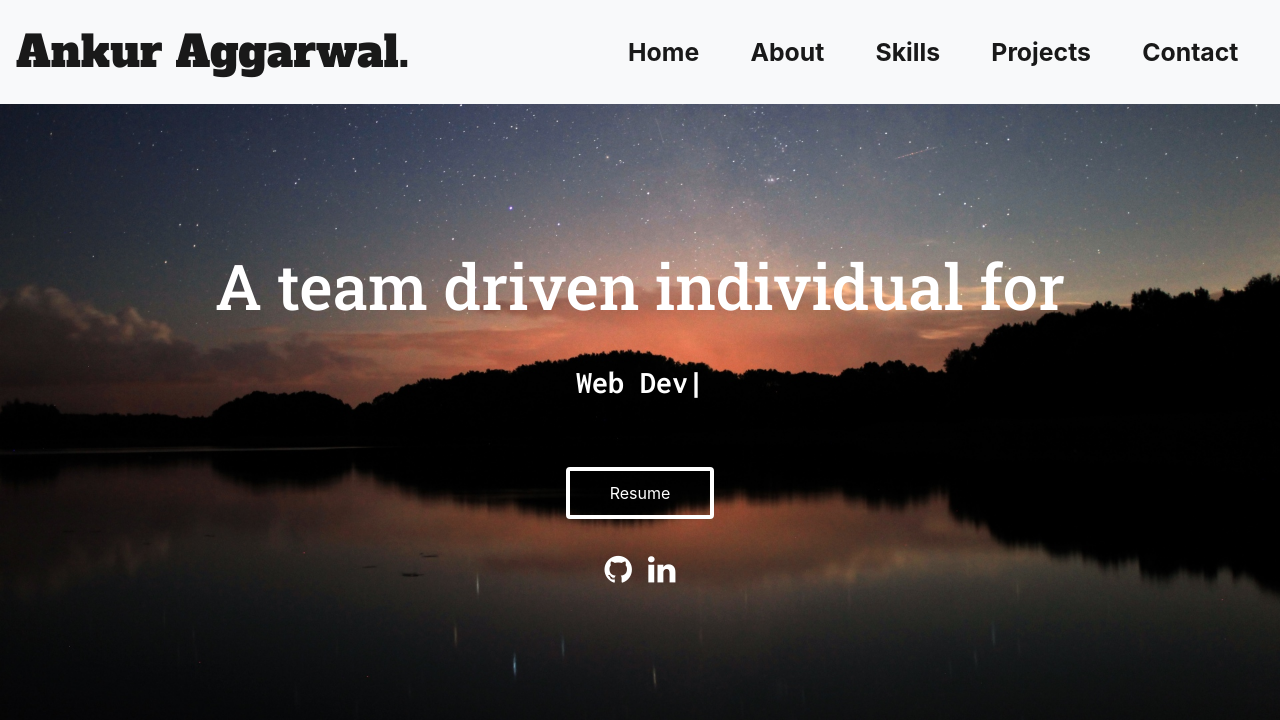
Repository: AnkurDevv/PersonalWebsite
Page: index.html
The author's editor kept a copy of each file at every save. The page is drawn from the files as they stood at one save, then again after the next save.
The browser window is 1280 px wide. The pictures show the whole page.

Above is the page before, as saved 2020-09-13 16:09:55.

### index.html
<!DOCTYPE html>
<html>

<head>
  <meta charset="utf-8">
  <meta http-equiv="X-UA-Compatible" content="IE=edge">
  <title>Ankur Aggarwal</title>
  <meta name="description" content="">
  <meta name="viewport" content="width=device-width, initial-scale=1">
  <!-- FONT AWESOME FOR SOCIAL MEDIA ICONS -->
  <link rel="stylesheet" href="https://cdnjs.cloudflare.com/ajax/libs/font-awesome/4.7.0/css/font-awesome.min.css">
  <!-- Importing Bootstrap here -->
  <link rel="stylesheet" href="https://stackpath.bootstrapcdn.com/bootstrap/4.4.1/css/bootstrap.min.css"
    integrity="sha384-Vkoo8x4CGsO3+Hhxv8T/Q5PaXtkKtu6ug5TOeNV6gBiFeWPGFN9MuhOf23Q9Ifjh" crossorigin="anonymous">
  <!--CUSTOM CSS FOR THE PAGE  -->
  <link rel="stylesheet" href="./style/index.css">
  <!-- FOR COOL ANIMATION EFFECTS -->
  <link rel="stylesheet" href="./style/animate.css">
  <!-- FOR COOL TYPING EFFECTS -->
  <script src="https://cdn.jsdelivr.net/npm/typed.js@2.0.11"></script>
  <!-- FOR GOOGLE FONTS - START -->
  <!-- for main heading -->
  <link
    href="https://fonts.googleapis.com/css2?family=Merienda:wght@700&family=Pacifico&family=Roboto&family=Roboto+Slab:wght@500&display=swap"
    rel="stylesheet">
  <!-- For Sub heading -->
  <link
    href="https://fonts.googleapis.com/css2?family=Inconsolata:wght@700&family=Merienda:wght@700&family=Pacifico&family=Roboto&family=Roboto+Slab:wght@500&display=swap"
    rel="stylesheet">
  <!-- For Navbar Logo -->
  <link href="https://fonts.googleapis.com/css2?family=Alfa+Slab+One&display=swap" rel="stylesheet">
  <!-- FOR GOOGLE FONTS - END -->
</head>

<body>
  <header>
    <nav class="navbar navbar-expand-lg navbar-light bg-light">
      <a class="navbar-brand" id="Brand-logo">Ankur Aggarwal.</a>
      <button class="navbar-toggler" type="button" data-toggle="collapse" data-target="#navbarNav"
        aria-controls="navbarNav" aria-expanded="false" aria-label="Toggle navigation">
        <span class="navbar-toggler-icon"></span>
      </button>
      <div class="collapse navbar-collapse" id="navbarNav">
        <ul class="navbar-nav">
          <li class="nav-item active">
            <a class="nav-link" href="#">Home</a>
          </li>
          <li class="nav-item active">
            <a class="nav-link" href="#">About</a>
          </li>
          <!-- <li class="nav-item active">
            <a class="nav-link" href="#">Why Me?</a>
          </li> -->
          <li class="nav-item active">
            <a class="nav-link" href="#">Skills</a>
          </li>
          <li class="nav-item active">
            <a class="nav-link" href="#">Projects</a>
          </li>
          <li class="nav-item active">
            <a class="nav-link" href="#">Contact</a>
          </li>
        </ul>
      </div>
    </nav>


    <!-- FIRST IMPRESSION SECTION - START -->
    <section class="first-impression-section">
      <div class="row first-impression-row">
        <h1 class="text-center animated fadeInDown" id="MainNameHeading">A team driven individual for
        </h1>
      </div>
      <div class="row">
        <h3 id="MainSubHeading">
          <span id="typed" style="white-space:pre;"></span>
          <!-- <span class="typed-cursor typed-cursor--blink">|</span> -->
        </h3>
      </div>

      <!-- RESUME BUTTON - START -->
      <div class="row" id="ResumeDiv">
        <a type="button" href="https://drive.google.com/file/d/129eEq26ATzqey1-hpHnRXs40bzbBVkSX/view?usp=sharing"
          target="blank" class="btn btn-primary" id="ResumeBtn">Resume</a>
      </div>
      <!-- RESUME BUTTON - END -->

      <!-- SOCIAL LINKS -->
      <div class="socialLinksDiv">
        <!-- github link -->
        <a href="https://github.com/AnkurDevv" target="blank" class="social-link"><i
            class="fa fa-github fa-2x text-white"></i></a>
        <!-- linkedin link -->
        <a href="https://www.linkedin.com/in/ankur-aggarwal2112/" target="blank" class="social-link"><i
            class="fa fa-linkedin fa-2x text-white"></i></a>
      </div>

    </section>
    <!-- FIRST IMPRESSION SECTION - END -->


  </header>

  <script>
    // JS FOR COOL TYPING EFFECT USING TYPE.JS -  START
    var options = {
      strings: ['Web Development.', 'Software Engineering.', 'Product Development.'],
      typeSpeed: 100,
      loop: true,
      backDelay: 800,
      backSpeed: 80,
      startDelay: 1000,
    };
    var typed = new Typed('#typed', options);
// JS FOR COOL TYPING EFFECT USING TYPE.JS -  END
  </script>

  <!-- NECESSARY JS FOR BOOTSTRAP - START -->
  <script src="https://code.jquery.com/jquery-3.4.1.slim.min.js"
    integrity="sha384-J6qa4849blE2+poT4WnyKhv5vZF5SrPo0iEjwBvKU7imGFAV0wwj1yYfoRSJoZ+n"
    crossorigin="anonymous"></script>
  <script src="https://cdn.jsdelivr.net/npm/popper.js@1.16.0/dist/umd/popper.min.js"
    integrity="sha384-Q6E9RHvbIyZFJoft+2mJbHaEWldlvI9IOYy5n3zV9zzTtmI3UksdQRVvoxMfooAo"
    crossorigin="anonymous"></script>
  <script src="https://stackpath.bootstrapcdn.com/bootstrap/4.4.1/js/bootstrap.min.js"
    integrity="sha384-wfSDF2E50Y2D1uUdj0O3uMBJnjuUD4Ih7YwaYd1iqfktj0Uod8GCExl3Og8ifwB6"
    crossorigin="anonymous"></script>
  <!-- NECESSARY JS FOR BOOTSTRAP - END -->

  <!-- ADDING JQUERY - START -->
  <script src="https://ajax.googleapis.com/ajax/libs/jquery/3.5.1/jquery.min.js"></script>
  <!-- ADDING JQUERY - END -->

  <!-- CUSTOM JS FOR THE PAGE - START  -->
  <script src="index.js"></script>
  <!-- CUSTOM JS FOR THE PAGE - END  -->
</body>

</html>

### style/index.css
body{
  margin-left: 0;
  margin-right: 0;
}

/* NAVBAR CSS - START */

#Brand-logo{
  font-family: 'Alfa Slab One', cursive;
  font-size: 270%;
}

.navbar-nav{
  margin-left: auto;
}

.nav-link{
  font-size: 155%;
  font-weight: 700;
  padding: 2vw!important;
}

@media only screen and (max-width: 992px) {
  .nav-link{
    text-align: center;
  }
}

@media only screen and (max-width: 600px) {

  #Brand-logo{
    font-size: 140%;
  }

  .navbar-nav{
    height: 100vh;
  }

  .nav-link{
    margin: 5vh auto;
  }

}

/* NAVBAR CSS - END */

/* FIRST IMPRESSION SECTION CSS - START */
header{
  height: 100vh; /* Takes 100% of the screen size */
  background-image:url(../images/sunset_skyline_lake_reflection_114025_1920x1080.jpg);
  -webkit-background-size: cover;
  background-position: center;
  overflow: hidden;
}

#MainNameHeading{
  margin: 0 auto;
  margin-top: 20vh;
  font-size: 395%;
  color: white;
  font-family: 'Roboto Slab', serif;
  padding-bottom: 3%;
}

#MainSubHeading{
  margin: 0 auto;
  color: white;
  text-align: -webkit-center;
  font-family: 'Inconsolata', monospace;
  font-size: xx-large;
}

#ResumeBtn{
  -webkit-appearance: button;
  -moz-appearance: button;
  appearance: button;
  margin: 5% auto;
  margin-bottom: 2%;
  padding: 10px 3%;
  background-color: transparent;
  border: 4px solid white;
}

#ResumeBtn:hover{
  background-color: white;
  color: black;
  font-weight: 700;
  font-size: 130%;
}

.socialLinksDiv{
  display: flex;
  justify-content: center;
}

.social-link{
  margin: 8px;
}


@media only screen and (max-width: 600px) {
  #MainNameHeading{
    font-size: 300%;
    margin-top: 13vh;
  }
  #MainSubHeading{
    font-size: x-large;
  }
}
/* FIRST IMPRESSION SECTION CSS - ENDS */

### index.js
// CHANGING NAVBAR COLOR WHEN A USER HOVERS OVER A LINK
$(document).ready(function () {

  // makes nav transparent when user hovers on a link
  $(".nav-link").hover(function () {
    $('.navbar').addClass('bg-dark').removeClass('bg-light');
    $('#Brand-logo').css("color", "white");
    $('.nav-link').css("color", "white");
    $('.navbar-toggler').css("color", "white");
  });

  // makes nav non-transparent when user hovers on a link
  $(".navbar").mouseleave(function () {
    $('.navbar').addClass('bg-light').removeClass('bg-dark');
    $('#Brand-logo').css("color", "black");
    $('.nav-link').css("color", "black");
    $('.navbar-toggler').css("color", "black");
  });

});

Loaded but not shown: style/animate.css (library)

After the next save:
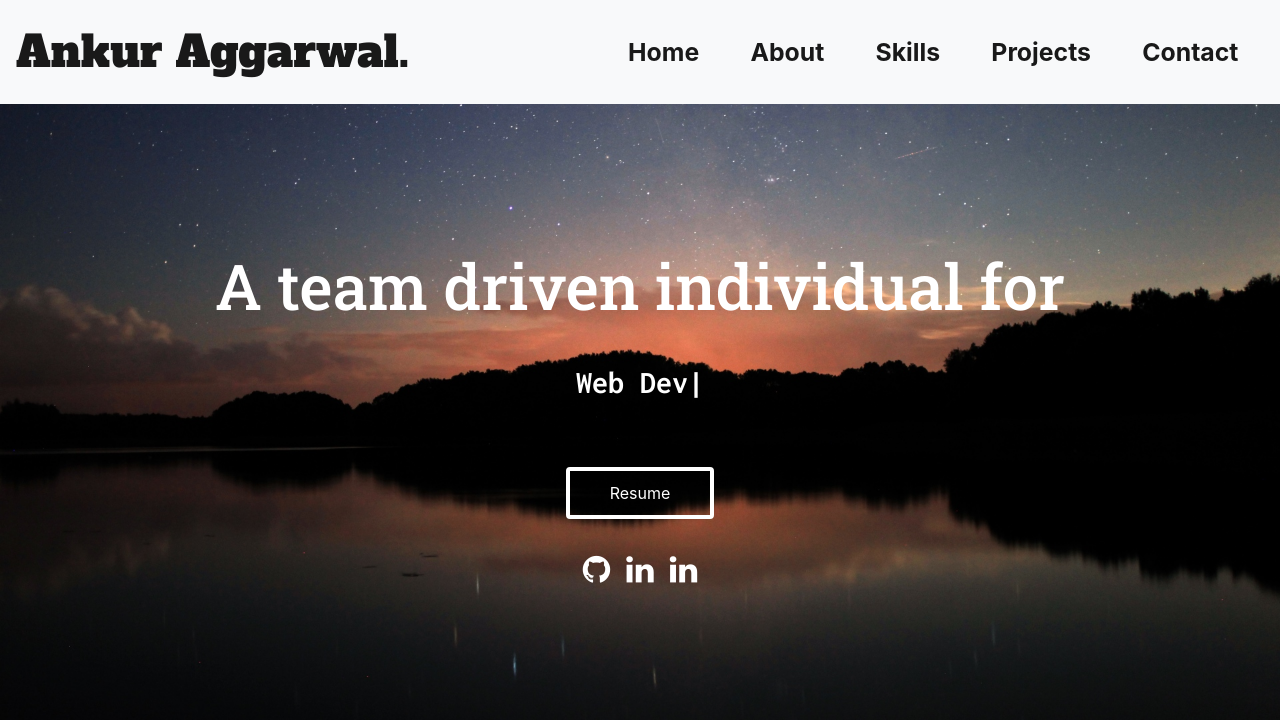
Saved 33 s later.
--- a/index.html
+++ b/index.html
@@ -93,6 +93,9 @@
         <!-- linkedin link -->
         <a href="https://www.linkedin.com/in/ankur-aggarwal2112/" target="blank" class="social-link"><i
             class="fa fa-linkedin fa-2x text-white"></i></a>
+        <!-- linkedin link -->
+        <a href="https://www.linkedin.com/in/ankur-aggarwal2112/" target="blank" class="social-link"><i
+            class="fa fa-linkedin fa-2x text-white"></i></a>
       </div>
 
     </section>
